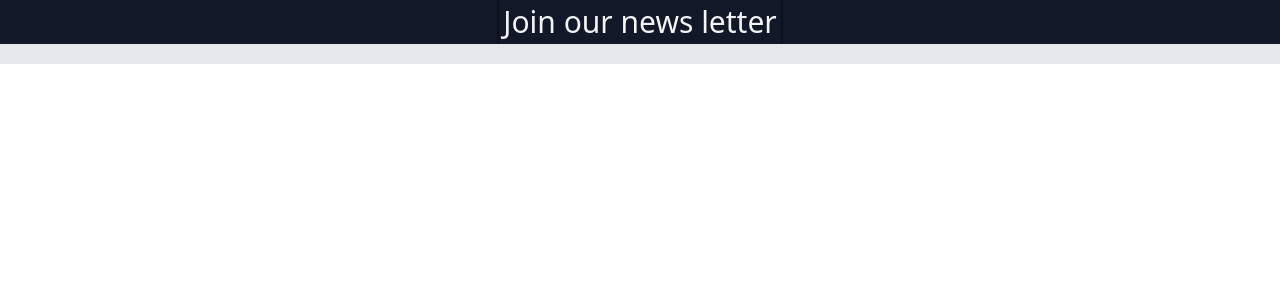
Repository: kenyi-mic/Luka_blog
Page: /footer
An editor plug-in stored every save of this project. The page is shown before and after the next save, followed by the edit.
The browser window is 1280 px wide. The pictures show the whole page.
The project was rebuilt for these pictures with package versions that can differ from the ones it lists, and the page was loaded fresh each time. The framework's server and built-in components were replaced by stand-ins that run in the browser. Also part of the build but not shown: next.config.js.

Above is the page before, as saved 2022-04-18 15:04:16.

After the next save:
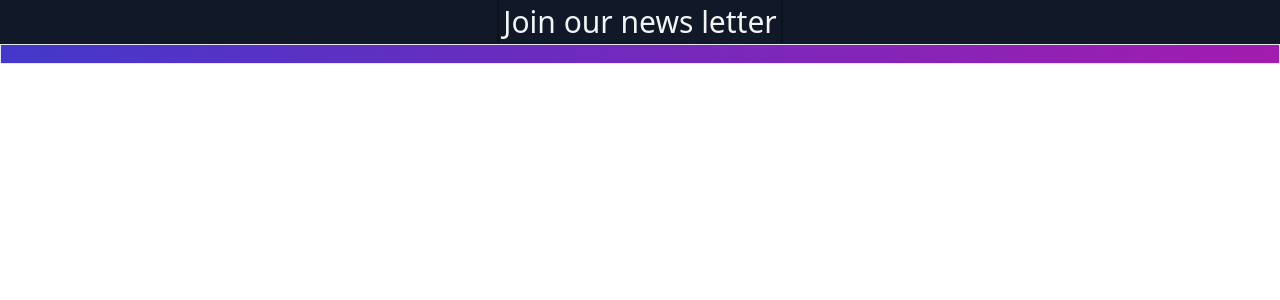
Saved 3 min 14 s later.
--- a/pages/footer.tsx
+++ b/pages/footer.tsx
@@ -4,7 +4,7 @@
   return (
     <div className="bg-gray-900 w-full flex flex-col items-center">
         <h1 className="text-3xl shadow shadow-black p-1 text-gray-100">Join our news letter</h1>
-        <hr className="w-full h-5 border bg-gray-200"/>
+        <hr className="w-full h-5 border bg-gradient-to-r from-indigo-700 to-fuchsia-700"/>
     </div>
   )
 }
